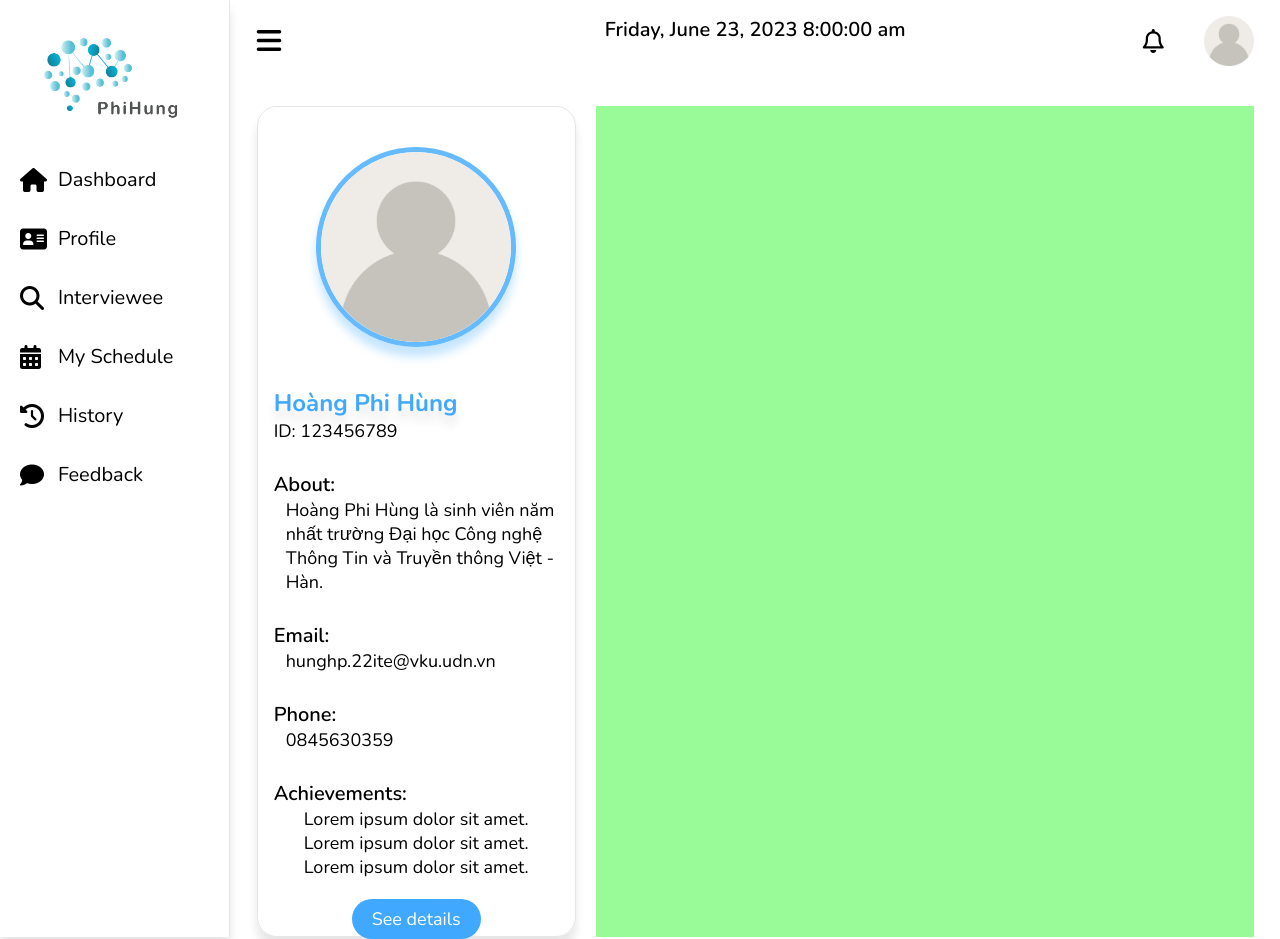
Repository: hphihungit/InterviewService
Page: interviewee.html
An editor plug-in stored every save of this project. The page is shown before and after the next save, followed by the edit.
The browser window is 1280 px wide. The pictures show the whole page.

Above is the page before, as saved 2023-06-01 00:45:10.

### interviewee.html
<!DOCTYPE html>
<html lang="en">
<head>
    <meta charset="UTF-8">
    <meta http-equiv="X-UA-Compatible" content="IE=edge">
    <meta name="viewport" content="width=device-width, initial-scale=1.0">
    <title>Document</title>
    <link rel="stylesheet" href="assets/css/grid.css">
    <link rel="stylesheet" href="assets/css/base.css">
    <link rel="stylesheet" href="https://cdnjs.cloudflare.com/ajax/libs/font-awesome/6.4.0/css/all.min.css" integrity="sha512-iecdLmaskl7CVkqkXNQ/ZH/XLlvWZOJyj7Yy7tcenmpD1ypASozpmT/E0iPtmFIB46ZmdtAc9eNBvH0H/ZpiBw==" crossorigin="anonymous" referrerpolicy="no-referrer"/>
    <link rel="preconnect" href="https://fonts.googleapis.com">
    <link rel="preconnect" href="https://fonts.gstatic.com" crossorigin>
    <link href="https://fonts.googleapis.com/css2?family=Nunito:wght@200;300;400;500;600;700;800;900;1000&display=swap" rel="stylesheet">
    <link rel="stylesheet" href="assets/css/interviewee.css">
</head>
<body>
    <div id="main">
        <div class="dashboard">
            <div class="dashboard__logo"></div>
            <ul class="dashboard__list">
                <li class="dashboard__item">
                    <a href="" class="icon__link">
                        <i class="fa-solid fa-house"></i>
                    </a>
                    <a href="" class="link">Dashboard</a>
                </li>
                <li class="dashboard__item">
                    <a href="" class="icon__link">
                        <i class="fa-solid fa-address-card"></i>
                    </a>
                    <a href="" class="link">Profile</a>
                </li>
                <li class="dashboard__item">
                    <a href="" class="icon__link">
                        <i class="fa-solid fa-magnifying-glass"></i>
                    </a>
                    <a href="" class="link">Interviewee</a>
                </li>
                <li class="dashboard__item">
                    <a href="" class="icon__link">
                        <i class="fa-solid fa-calendar-days"></i>
                    </a>
                    <a href="" class="link">My Schedule</a>
                </li>
                <li class="dashboard__item">
                    <a href="" class="icon__link">
                        <i class="fa-solid fa-clock-rotate-left"></i>
                    </a>
                    <a href="" class="link">History</a>
                </li>
                <li class="dashboard__item">
                    <a href="" class="icon__link">
                        <i class="fa-solid fa-comment"></i>
                    </a>
                    <a href="" class="link">Feedback</a>
                </li>
            </ul>
        </div>

        <div class="container">
            <div class="header">
                <div class="header__icon">
                    <label class="fa-solid fa-bars header__label"></label>
                </div>

                <div class="header__time">
                    Friday, June 23, 2023 8:00:00 am
                </div>

                <div class="header__news">
                    <label class="fa-regular fa-bell header__label--bell"></label>
                    <div class="header__avatar">
                        <img src="assets/img/user.png" alt="">
                    </div>
                </div>
            </div>

            <div class="about">
                <div class="cv">
                    <div class="cv__avatar">
                        <img src="assets/img/user.png" alt="">
                    </div>

                    <div class="cv__name">
                        <p class="cv__name--interviewee">Hoàng Phi Hùng</p>
                        <p class="cv__id">ID: 123456789</p>
                    </div>

                    <div class="cv__about">
                        <p class="cv__about--title">About: </p>
                        <p class="cv__about--content">
                            Hoàng Phi Hùng là sinh viên năm nhất trường Đại học Công nghệ Thông Tin và Truyền thông Việt - Hàn.
                        </p>
                    </div>

                    <div class="cv__email">
                        <p class="cv__email--title">Email: </p>
                        <p class="cv__email--content">hunghp.22ite@vku.udn.vn</p>
                    </div>

                    <div class="cv__phone">
                        <p class="cv__phone--title">Phone: </p>
                        <p class="cv__phone--content">0845630359</p>
                    </div>

                    <div class="cv__info">
                        <p class="cv__info--title">Achievements: </p>
                        <ul class="cv__info--list">
                            <li class="cv__info--item">Lorem ipsum dolor sit amet.</li>
                            <li class="cv__info--item">Lorem ipsum dolor sit amet.</li>
                            <li class="cv__info--item">Lorem ipsum dolor sit amet.</li>
                        </ul>
                    </div>

                    <div class="cv__all">
                        <a href="" class="btn--cv--all">See details</a>
                    </div>
                </div>

                <div class="info">
                    <div class="appointment">

                    </div>
                </div>
            </div>
        </div>
    </div>
</body>
</html>

### assets/css/grid.css
.grid {
    width: 90%;
    display: block;
    padding: 0;
    margin: 0 auto;
}

.row {
    display: flex;
    flex-wrap: wrap;
    margin-left: -4px;
    margin-right: -4px;
}

.row.no-gutters {
    margin-left: 0;
    margin-right: 0;
}

.col {
    padding-left: 4px;
    padding-right: 4px;
}

.row.no-gutters .col {
    padding-left: 0;
    padding-right: 0;
}

.c-0 {
    display: none;
}

.c-1 {
    flex: 0 0 8.33333%;
    max-width: 8.33333%;
}

.c-2 {
    flex: 0 0 16.66667%;
    max-width: 16.66667%;
}

.c-3 {
    flex: 0 0 25%;
    max-width: 25%;
}

.c-4 {
    flex: 0 0 33.33333%;
    max-width: 33.33333%;
}

.c-5 {
    flex: 0 0 41.66667%;
    max-width: 41.66667%;
}

.c-6 {
    flex: 0 0 50%;
    max-width: 50%;
}

.c-7 {
    flex: 0 0 58.33333%;
    max-width: 58.33333%;
}

.c-8 {
    flex: 0 0 66.66667%;
    max-width: 66.66667%;
}

.c-9 {
    flex: 0 0 75%;
    max-width: 75%;
}

.c-10 {
    flex: 0 0 83.33333%;
    max-width: 83.33333%;
}

.c-11 {
    flex: 0 0 91.66667%;
    max-width: 91.66667%;
}

.c-12 {
    flex: 0 0 100%;
    max-width: 100%;
}

.c-o-1 {
    margin-left: 8.33333%;
}

.c-o-2 {
    margin-left: 16.66667%;
}

.c-o-3 {
    margin-left: 25%;
}

.c-o-4 {
    margin-left: 33.33333%;
}

.c-o-5 {
    margin-left: 41.66667%;
}

.c-o-6 {
    margin-left: 50%;
}

.c-o-7 {
    margin-left: 58.33333%;
}

.c-o-8 {
    margin-left: 66.66667%;
}

.c-o-9 {
    margin-left: 75%;
}

.c-o-10 {
    margin-left: 83.33333%;
}

.c-o-11 {
    margin-left: 91.66667%;
}

/* >= Tablet */
@media (min-width: 740px) {
    .row {
        margin-left: -8px;
        margin-right: -8px;
    }

    .col {
        padding-left: 8px;
        padding-right: 8px;
    }

    .m-0 {
        display: none;
    }

    .m-1,
    .m-2,
    .m-3,
    .m-4,
    .m-5,
    .m-6,
    .m-7,
    .m-8,
    .m-9,
    .m-10,
    .m-11,
    .m-12 {
        display: block;
    }

    .m-1 {
        flex: 0 0 8.33333%;
        max-width: 8.33333%;
    }

    .m-2 {
        flex: 0 0 16.66667%;
        max-width: 16.66667%;
    }

    .m-3 {
        flex: 0 0 25%;
        max-width: 25%;
    }

    .m-4 {
        flex: 0 0 33.33333%;
        max-width: 33.33333%;
    }

    .m-5 {
        flex: 0 0 41.66667%;
        max-width: 41.66667%;
    }

    .m-6 {
        flex: 0 0 50%;
        max-width: 50%;
    }

    .m-7 {
        flex: 0 0 58.33333%;
        max-width: 58.33333%;
    }

    .m-8 {
        flex: 0 0 66.66667%;
        max-width: 66.66667%;
    }

    .m-9 {
        flex: 0 0 75%;
        max-width: 75%;
    }

    .m-10 {
        flex: 0 0 83.33333%;
        max-width: 83.33333%;
    }

    .m-11 {
        flex: 0 0 91.66667%;
        max-width: 91.66667%;
    }

    .m-12 {
        flex: 0 0 100%;
        max-width: 100%;
    }

    .m-o-1 {
        margin-left: 8.33333%;
    }

    .m-o-2 {
        margin-left: 16.66667%;
    }

    .m-o-3 {
        margin-left: 25%;
    }

    .m-o-4 {
        margin-left: 33.33333%;
    }

    .m-o-5 {
        margin-left: 41.66667%;
    }

    .m-o-6 {
        margin-left: 50%;
    }

    .m-o-7 {
        margin-left: 58.33333%;
    }

    .m-o-8 {
        margin-left: 66.66667%;
    }

    .m-o-9 {
        margin-left: 75%;
    }

    .m-o-10 {
        margin-left: 83.33333%;
    }

    .m-o-11 {
        margin-left: 91.66667%;
    }
}

/* PC medium resolution > */
@media (min-width: 1113px) {
    .row {
        margin-left: -12px;
        margin-right: -12px;
    }

    .row.sm-gutter {
        margin-left: -5px;
        margin-right: -5px;
    }

    .col {
        padding-left: 12px;
        padding-right: 12px;
    }

    .row.sm-gutter .col {
        padding-left: 5px;
        padding-right: 5px;
    }

    .l-0 {
        display: none;
    }

    .l-1,
    .l-2,
    .l-2-4,
    .l-3,
    .l-4,
    .l-5,
    .l-6,
    .l-7,
    .l-8,
    .l-9,
    .l-10,
    .l-11,
    .l-12 {
        display: block;
    }

    .l-1 {
        flex: 0 0 8.33333%;
        max-width: 8.33333%;
    }

    .l-2 {
        flex: 0 0 16.66667%;
        max-width: 16.66667%;
    }

    .l-2-4 {
        flex: 0 0 20%;
        max-width: 20%;
    }

    .l-3 {
        flex: 0 0 25%;
        max-width: 25%;
    }

    .l-4 {
        flex: 0 0 33.33333%;
        max-width: 33.33333%;
    }

    .l-5 {
        flex: 0 0 41.66667%;
        max-width: 41.66667%;
    }

    .l-6 {
        flex: 0 0 50%;
        max-width: 50%;
    }

    .l-7 {
        flex: 0 0 58.33333%;
        max-width: 58.33333%;
    }

    .l-8 {
        flex: 0 0 66.66667%;
        max-width: 66.66667%;
    }

    .l-9 {
        flex: 0 0 75%;
        max-width: 75%;
    }

    .l-10 {
        flex: 0 0 83.33333%;
        max-width: 83.33333%;
    }

    .l-11 {
        flex: 0 0 91.66667%;
        max-width: 91.66667%;
    }

    .l-12 {
        flex: 0 0 100%;
        max-width: 100%;
    }

    .l-o-1 {
        margin-left: 8.33333%;
    }

    .l-o-2 {
        margin-left: 16.66667%;
    }

    .l-o-3 {
        margin-left: 25%;
    }

    .l-o-4 {
        margin-left: 33.33333%;
    }

    .l-o-5 {
        margin-left: 41.66667%;
    }

    .l-o-6 {
        margin-left: 50%;
    }

    .l-o-7 {
        margin-left: 58.33333%;
    }

    .l-o-8 {
        margin-left: 66.66667%;
    }

    .l-o-9 {
        margin-left: 75%;
    }

    .l-o-10 {
        margin-left: 83.33333%;
    }

    .l-o-11 {
        margin-left: 91.66667%;
    }
}

/* Tablet - PC low resolution */
@media (min-width: 740px) and (max-width: 1023px) {
    .wide {
        width: 644px;
    }
}

/* > PC low resolution */
@media (min-width: 1024px) and (max-width: 1239px) {
    .wide {
        width: 984px;
    }

    .wide .row {
        margin-left: -12px;
        margin-right: -12px;
    }

    .wide .row.sm-gutter {
        margin-left: -5px;
        margin-right: -5px;
    }

    .wide .col {
        padding-left: 12px;
        padding-right: 12px;
    }

    .wide .row.sm-gutter .col {
        padding-left: 5px;
        padding-right: 5px;
    }

    .wide .l-0 {
        display: none;
    }

    .wide .l-1,
    .wide .l-2,
    .wide .l-2-4,
    .wide .l-3,
    .wide .l-4,
    .wide .l-5,
    .wide .l-6,
    .wide .l-7,
    .wide .l-8,
    .wide .l-9,
    .wide .l-10,
    .wide .l-11,
    .wide .l-12 {
        display: block;
    }

    .wide .l-1 {
        flex: 0 0 8.33333%;
        max-width: 8.33333%;
    }

    .wide .l-2 {
        flex: 0 0 16.66667%;
        max-width: 16.66667%;
    }

    .wide .l-2-4 {
        flex: 0 0 20%;
        max-width: 20%;
    }

    .wide .l-3 {
        flex: 0 0 25%;
        max-width: 25%;
    }

    .wide .l-4 {
        flex: 0 0 33.33333%;
        max-width: 33.33333%;
    }

    .wide .l-5 {
        flex: 0 0 41.66667%;
        max-width: 41.66667%;
    }

    .wide .l-6 {
        flex: 0 0 50%;
        max-width: 50%;
    }

    .wide .l-7 {
        flex: 0 0 58.33333%;
        max-width: 58.33333%;
    }

    .wide .l-8 {
        flex: 0 0 66.66667%;
        max-width: 66.66667%;
    }

    .wide .l-9 {
        flex: 0 0 75%;
        max-width: 75%;
    }

    .wide .l-10 {
        flex: 0 0 83.33333%;
        max-width: 83.33333%;
    }

    .wide .l-11 {
        flex: 0 0 91.66667%;
        max-width: 91.66667%;
    }

    .wide .l-12 {
        flex: 0 0 100%;
        max-width: 100%;
    }

    .wide .l-o-1 {
        margin-left: 8.33333%;
    }

    .wide .l-o-2 {
        margin-left: 16.66667%;
    }

    .wide .l-o-3 {
        margin-left: 25%;
    }

    .wide .l-o-4 {
        margin-left: 33.33333%;
    }

    .wide .l-o-5 {
        margin-left: 41.66667%;
    }

    .wide .l-o-6 {
        margin-left: 50%;
    }

    .wide .l-o-7 {
        margin-left: 58.33333%;
    }

    .wide .l-o-8 {
        margin-left: 66.66667%;
    }

    .wide .l-o-9 {
        margin-left: 75%;
    }

    .wide .l-o-10 {
        margin-left: 83.33333%;
    }

    .wide .l-o-11 {
        margin-left: 91.66667%;
    }
}

### assets/css/base.css
:root {
    --white-color: #fff;
    --black-color: #000;
    --blue-color : #40a9ff;
    --text-color: #8f8f8f;
    --scale: 1px;
}

* {
    padding: 0;
    margin: 0;
    box-sizing: border-box;
    text-decoration: none;
    list-style-type: none;
}

html, body {
    font-size: 18px;
    font-family: 'Nunito', sans-serif;
    scroll-behavior: smooth;
}

### assets/css/interviewee.css
#main {
    width: 100%;
    display: flex;
}

.dashboard {
    width: 18%;
    min-height: 0;
    border-right: 1px solid rgba(0, 0, 0, 0.1);
    box-shadow: 0 10px 10px rgba(0, 0, 0, 0.1);
}

.dashboard__logo {
    width: 100%;
    height: 150px;
    background-image: url('../img/logo.png');
    background-repeat: no-repeat;
    background-size: 50%;
    background-size: 62%;
    background-position: 50% 85%;
}

.dashboard__list {
    width: 100%;
}

.dashboard__item {
    border-radius: 25px 0 0 25px;
    display: flex;
    width: 100%;
    padding: 0px 20px;
}

.dashboard__item:hover {
    background-color: var(--blue-color);
}

.dashboard__item:hover .link,
.dashboard__item:hover .icon__link {
    color: #fff;
}

.icon__link {
    display: flex;
    align-items: center;
    width: 20%;
    font-size: 24px;
    color: #000;
}

.link {
    display: inline-block;
    width: 80%;
    font-size: 20px;
    padding: 16px 0px;
    color: #000;
}

.container {
    width: 82%;
}

.header {
    width: 95%;
    margin: 0 auto;
    display: flex;
    justify-content: space-between;
    margin-top: 16px;
}

.header__icon {
    width: 32%;
    display: flex;
    justify-content: space-between;
    align-items: center;
}

.header__label {
    font-size: 28px;
}

.header__time {
    width: 32%;
    text-align: center;
    font-size: 20px;
    font-weight: 600;
}

.header__news {
    width: 32%;
    display: flex;
    justify-content: flex-end;
    align-items: center;
}

.header__label--bell {
    font-size: 24px;
    position: relative;
    padding-right: 40px;
}

.header__avatar {
    display: flex;
    justify-content: flex-end;
    align-items: center;
}

.header__avatar img {
    width: 50px;
    height: 50px;
}

.about {
    display: flex;
    justify-content: space-between;
    width: 95%;
    margin: 0 auto;
    margin-top: 40px;
}

.cv {
    width: 32%;
    max-height: 831px;
    border: 1px solid rgba(0, 0, 0, 0.1);
    border-radius: 20px;
    box-shadow: 0 10px 10px rgba(0, 0, 0, 0.1);
    padding: 0px 16px;
}

.cv__avatar {
    width: 100%;
    display: flex;
    justify-content: center;
    align-items: center;
    padding: 20px 0px;
    padding-top: 40px;
}

.cv__avatar img {
    width: 200px;
    height: 200px;
    border: 5px solid rgba(64, 169, 255, 0.8);
    border-radius: 50%;
    box-shadow: 0 10px 10px rgba(64, 169, 255, 0.3);;
}

.cv__name,
.cv__about,
.cv__email,
.cv__phone,
.cv__info {
    width: 100%;
    margin-top: 20px;
    margin-bottom: 28px;
}

.cv__name--interviewee {
    font-size: 24px;
    font-weight: 700;
    text-shadow: 0 10px 10px rgba(0, 0, 0, 0.1);
    color: var(--blue-color);
}

.cv__about--title,
.cv__email--title,
.cv__phone--title,
.cv__info--title {
    font-size: 20px;
    font-weight: 600;
}

.cv__about--content,
.cv__email--content,
.cv__phone--content {
    padding-left: 12px;
}

.cv__info--item {
    text-align: center;
}

.cv__all {
    width: 90%;
    margin: 0 auto;
    margin-bottom: 20px;
    text-align: center;
}

.btn--cv--all {
    padding: 8px 20px;
    border-radius: 20px;
    background-color: var(--blue-color);
    color: #fff;
}

.btn--cv--all:hover {
    opacity: 0.8;
}

.info {
    width: 66%;
    background-color: palegreen;
}

After the next save:
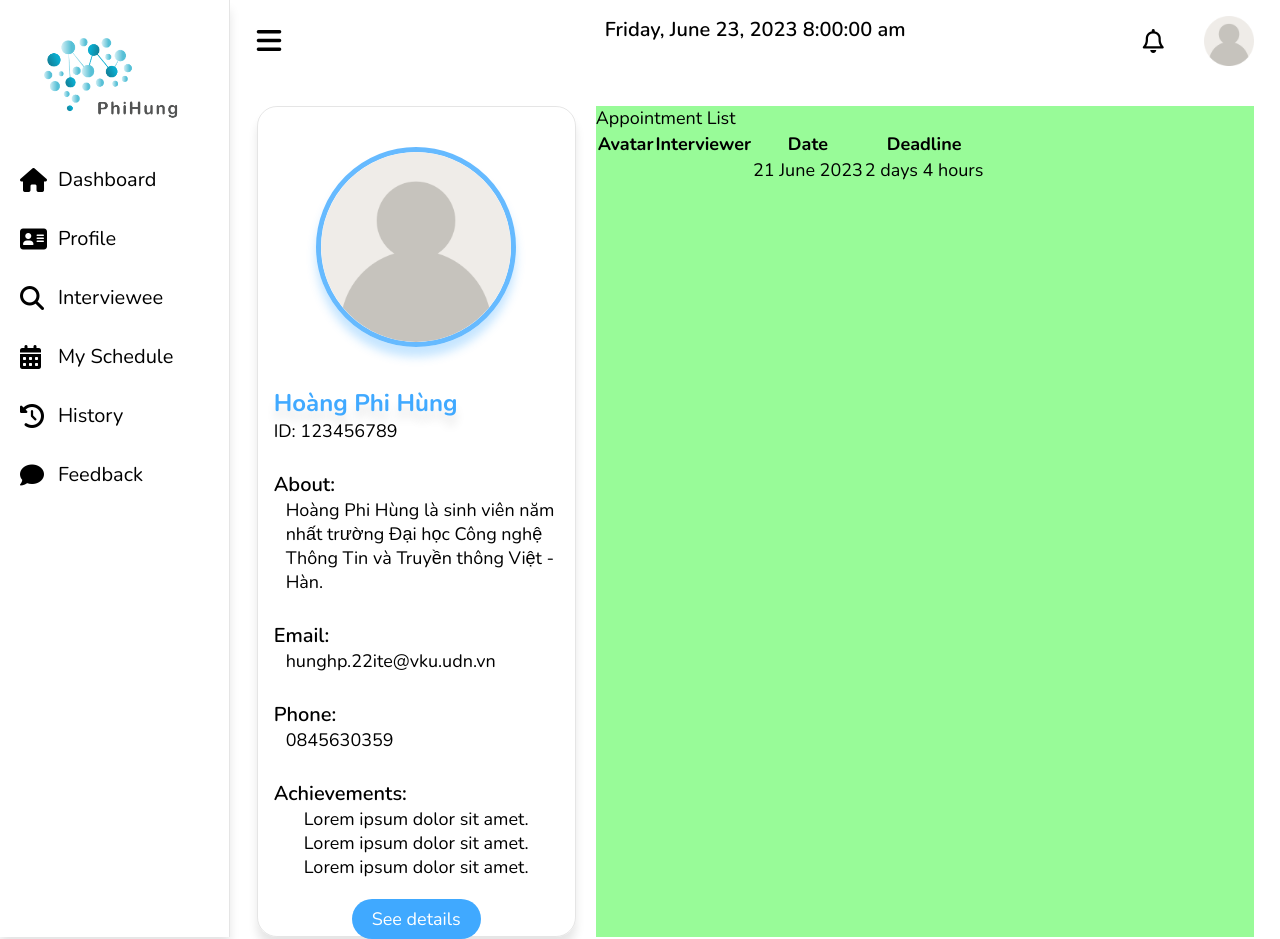
Saved 5 min 16 s later.
--- a/interviewee.html
+++ b/interviewee.html
@@ -119,7 +119,36 @@
 
                 <div class="info">
                     <div class="appointment">
+                        <div class="appointment__title">
+                            Appointment List
+                        </div>
 
+                        <table>
+                            <thead>
+                                <th>Avatar</th>
+                                <th>Interviewer</th>
+                                <th>Date</th>
+                                <th>Deadline</th>
+                            </thead>
+
+                            <tbody>
+                                <tr>
+                                    <td>
+                                        <img src="" alt="">
+                                    </td>
+                                    <td>
+                                        <p class="name"></p>
+                                        <p class="email"></p>
+                                    </td>
+                                    <td>
+                                        21 June 2023
+                                    </td>
+                                    <td>
+                                        2 days 4 hours
+                                    </td>
+                                </tr>
+                            </tbody>
+                        </table>
                     </div>
                 </div>
             </div>
